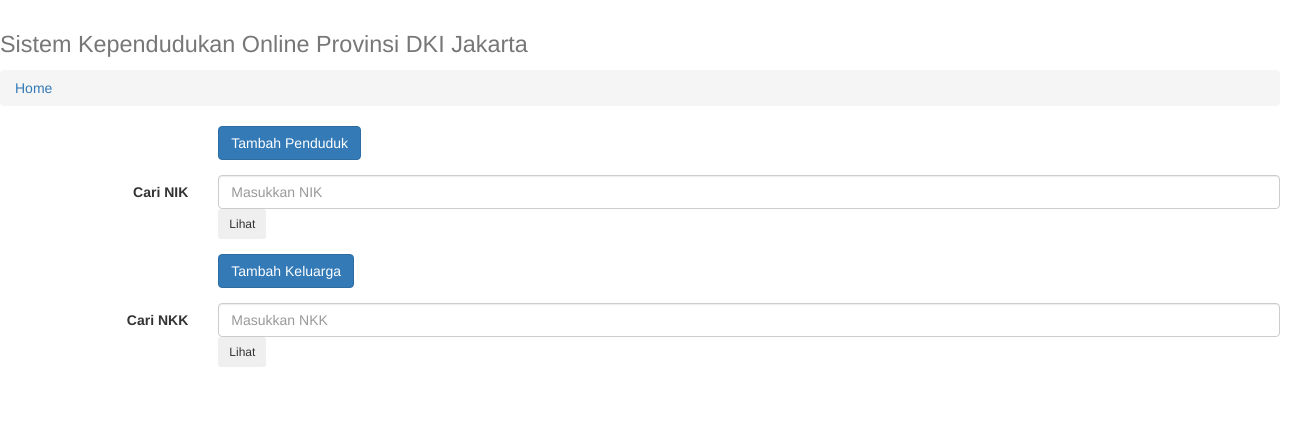
Repository: apap-2017/tugas1_1406544135
Page: http://localhost/index
The author's editor kept a copy of each file at every save. The page is drawn from the files as they stood at one save, then again after the next save.
The browser window is 1280 px wide. The page is 1295 px wide, so the pictures cover 1295 px, including what lies to the right of the window. The pictures show the whole page.
The page is this project's Thymeleaf template; nobody is signed in. The template is opened directly, without the code that normally fills it, so the values that code supplies are empty.

Above is the page before, as saved 2017-10-22 10:38:26.

After the next save:
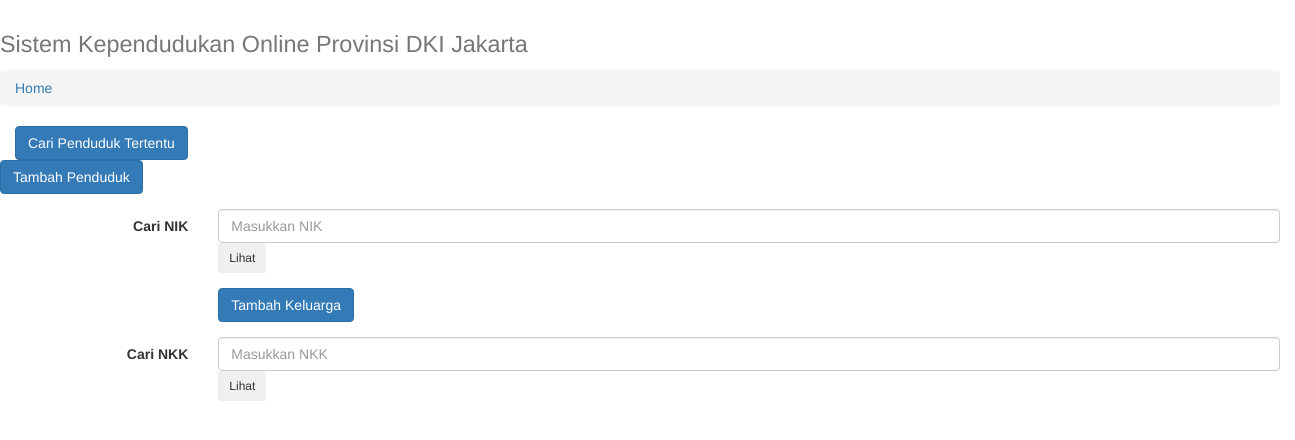
Saved 29 s later.
--- a/Tugas1_1406544135/src/main/resources/templates/index.html
+++ b/Tugas1_1406544135/src/main/resources/templates/index.html
@@ -18,6 +18,13 @@
 			<li><a th:href="@{/}">Home</a></li>
 		</ol>
 	</section>
+
+			<div class="col-sm-10">
+				<div class="pull-left">
+					<a th:href="@{/penduduk/cari/}"
+						class="btn btn-primary btn-block btn-flat">Cari Penduduk Tertentu</a>
+				</div>
+			</div>
 
 	<form class="form-horizontal" method="get">
 		<div class="form-group">
